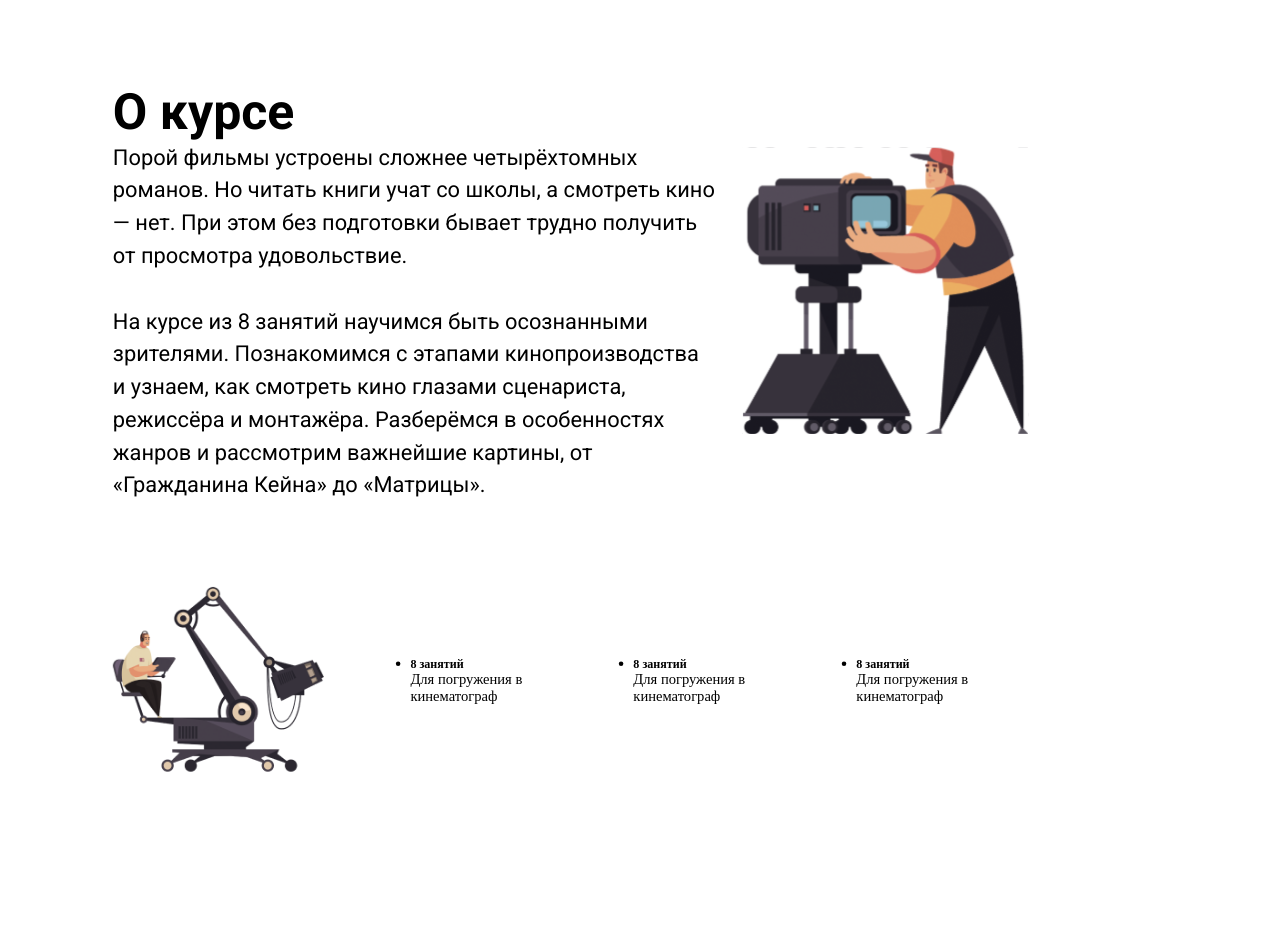
Repository: AytacSafarova/task-figma--1
Page: index.html
An editor plug-in stored every save of this project. The page is shown before and after the next save, followed by the edit.
The browser window is 1280 px wide. The page is 1405 px wide, then 1280 px, so the pictures cover 1405 px, including what lies to the right of the window. The pictures show the whole page, at 91% of full size.

Above is the page before, as saved 2023-04-29 20:38:25.

After the next save:
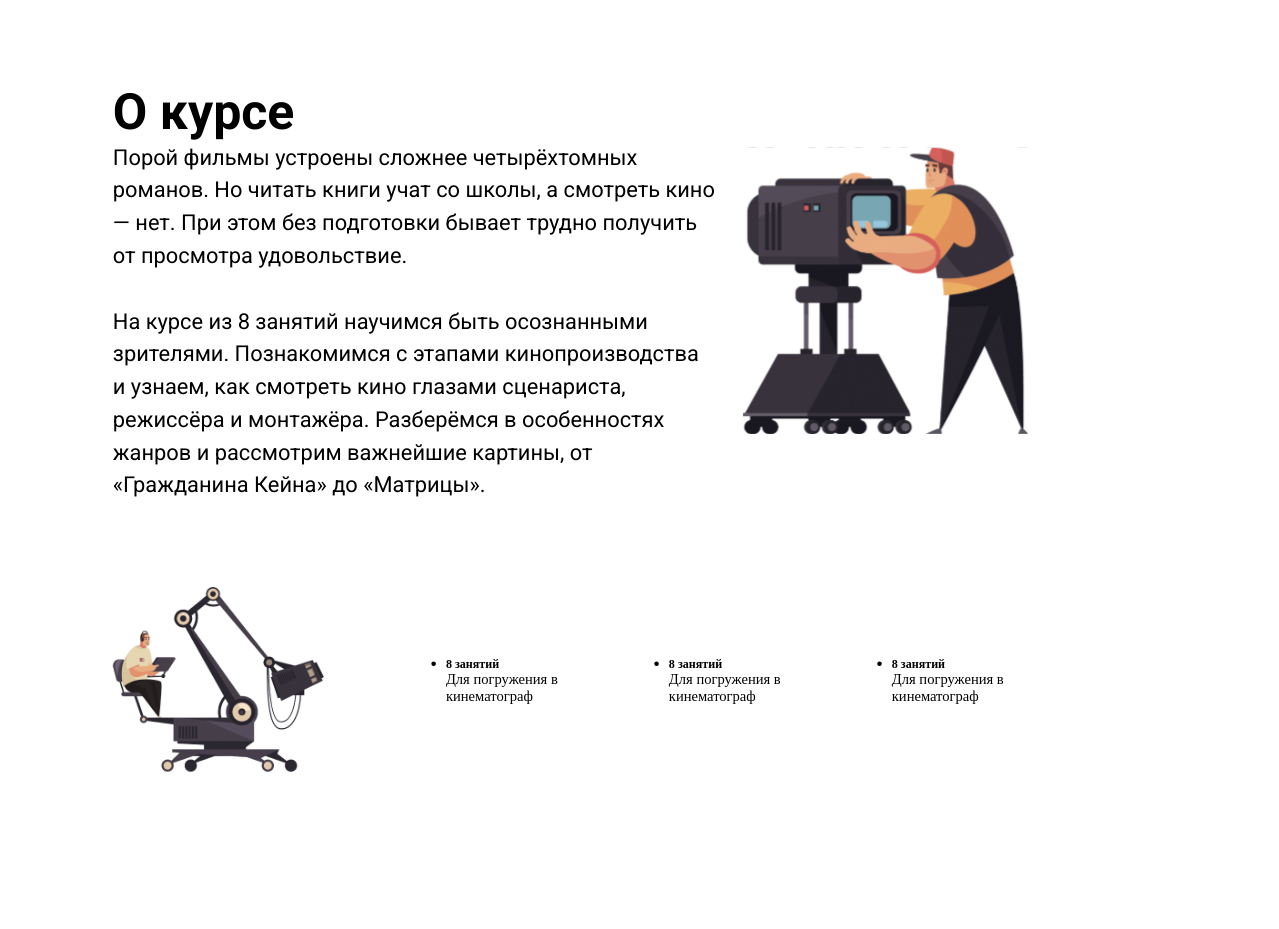
Saved 14 s later.
--- a/index.css
+++ b/index.css
@@ -43,7 +43,6 @@
 
 .list {
   display: flex;
-  padding-right: 314px;
 }
 
 li {
